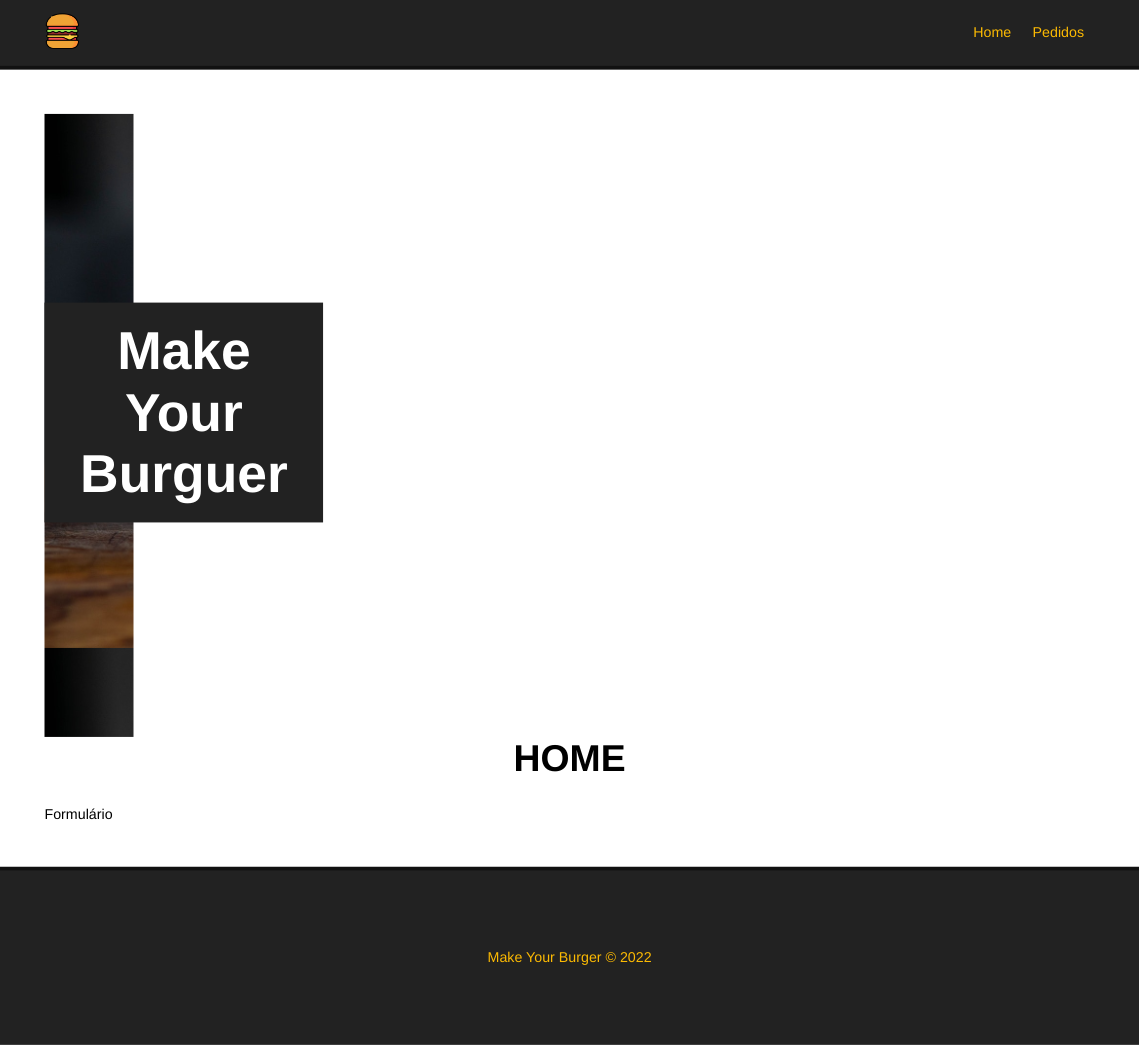
Repository: brunofa23/makeyourburguer
Page: /
These files come from the project's save history. The page is drawn as it stood at one moment and after the next save; the edit follows.
The browser window is 1280 px wide. The pictures show the whole page, at 89% of full size.
The project was rebuilt for these pictures with package versions that can differ from the ones it lists, and the page was loaded fresh each time. Also part of the build but not shown: vue.config.js.

Above is the page before, as saved 2022-08-09 19:21:01.

### src/App.vue
<template>
  <Navbar :logo="logo_src" :alt="app_name"/>
  <router-view/>
  <Footer />
</template>

<script>
import Navbar from './components/Navbar.vue';
import Footer from './components/Footer.vue';

export default{
  components:{ Navbar, Footer },
  data(){
    return{
      logo_src:"/img/logo.png",
      app_name:"Make Your Burguer"
    }

  }
}

</script>

<style>
*{
  font-family: Helvetica, sans-serif;
  padding: 0;
  margin: 0;
  box-sizing: border-box;
}


.main-container{
  margin:50px;
  min-height: 250px;
}

h1{
  text-align: center;
  font-size: 42px;
  margin-bottom: 30px;
}
</style>

### src/router/index.js
import { createRouter, createWebHistory } from 'vue-router'
import HomeView from '../views/HomeView.vue'

const routes = [
  {
    path: '/',
    name: 'home',
    component: HomeView
  },
  {
    path: '/pedidos',
    name: 'Pedidos',
    // route level code-splitting
    // this generates a separate chunk (about.[hash].js) for this route
    // which is lazy-loaded when the route is visited.
    component: () => import(/* webpackChunkName: "about" */ '../views/PedidosView.vue')
  }
]

const router = createRouter({
  history: createWebHistory(process.env.BASE_URL),
  routes
})

export default router

### src/components/Navbar.vue
<template>
  <div id="nav">
    <router-link to="/" id="logo-url">
        <img :src="logo" :alt="alt" id="logo" >
    </router-link>
    <router-link to="/">Home</router-link>
    <router-link to="/pedidos">Pedidos</router-link>
  </div>
</template>

<script>
export default {
    name:"Navbar",
    props:["logo", "alt"]
}
</script>




<style scoped>
#nav{
  background-color:#222 ;
  border-bottom: 4px solid #111;
  padding: 15px 50px;
  display: flex;
  justify-content: flex-end;
  align-items: center;


}

#nav #logo-url{
  margin: auto;
  margin-left: 0;


}

#logo{
  width: 40px;
  height: 40px;
}

#nav a{
  color: #FCBA03;
  text-decoration: none;
  margin: 12px;
  transition: .5s;

}
#nav a:hover{
  color:#FFF;
}

</style>

### src/components/Footer.vue
<template>
    <footer id="footer">
        <p>Make Your Burger &copy; 2022</p>

    </footer>
</template>


<script>
export default{
    name: "Footer"
}

</script>

<style scoped>
#footer{
    height: 200px;
    background-color: #222;
    border-top: 4px solid #111;
    color: #fcba03;
    display: flex;
    align-items: center;
    justify-content: center;
    width: 100%;
}
</style>

### src/views/HomeView.vue
<template>
  <div class="main-container">
    <Banner />
   <h1>HOME</h1>
   <p>Formulário</p>
  </div>
</template>

<script>
import Banner from "@/components/Banner.vue";

export default{
  name: "Home",
  components:{
    Banner
  }
}

</script>

### src/components/Banner.vue
<template>
  <div id="main-banner">
    <h1>Make Your Burguer</h1>
  </div>
</template>

<script>
export default {
  name: 'Banner',
}
</script>

<style scoped>
#main-banner{
    background-image: url('/public/img/burger.jpg');
    background-position: 0 -100px;
    background-size: cover;
    height: 700px;
    width: 100px;
    display: flex;
    align-items: center;
    justify-content: flex-start;

}

#main-banner h1{
    color: #FFF;
    text-align: center;
    font-size: 60px;
    background-color: #222;
    padding: 20px 40px;

}


</style>
>

Loaded but not shown: public/index.html (common file); src/main.js (common file)

After the next save:
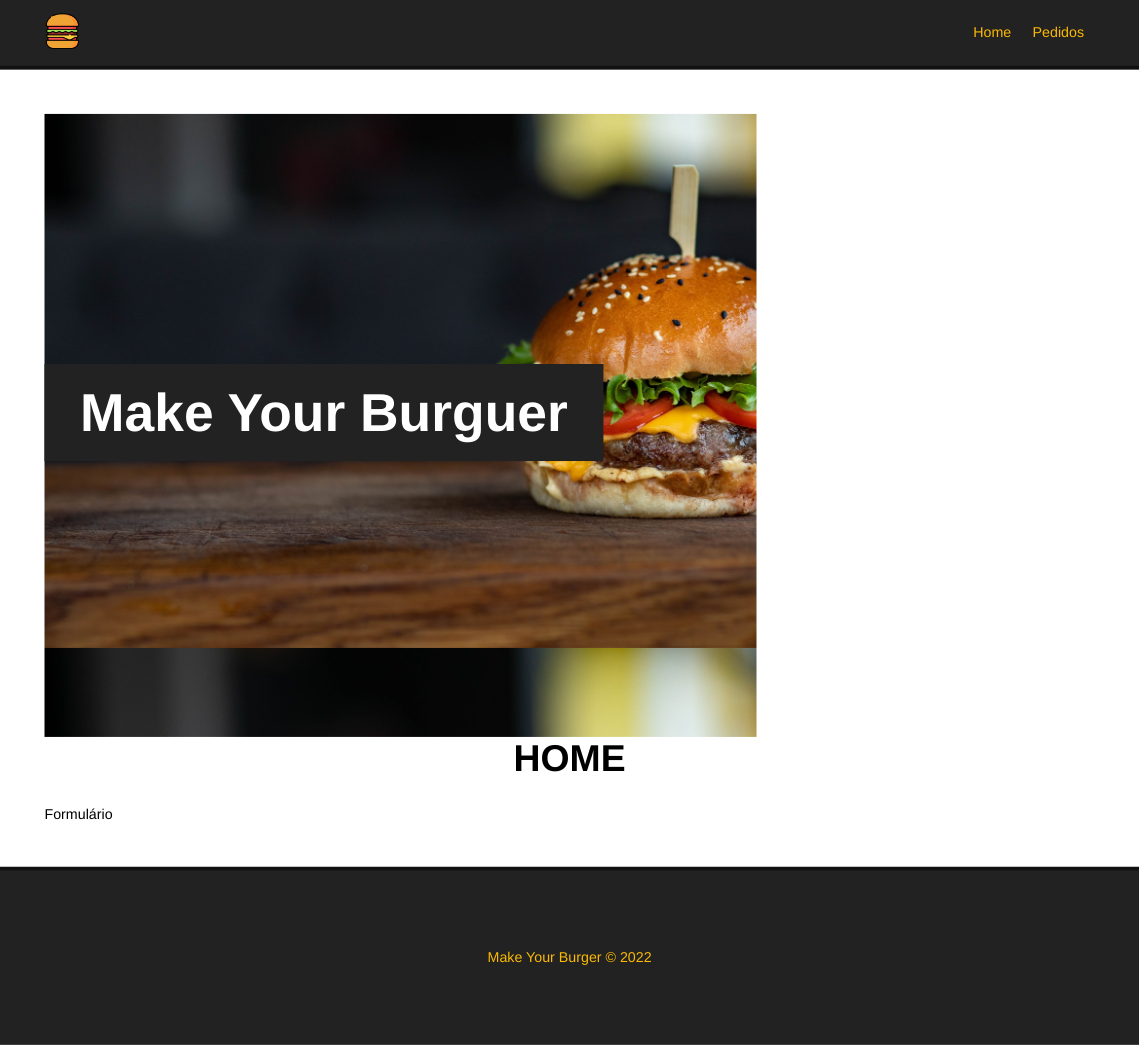
Saved 5 s later.
--- a/src/components/Banner.vue
+++ b/src/components/Banner.vue
@@ -16,7 +16,7 @@ export default {
     background-position: 0 -100px;
     background-size: cover;
     height: 700px;
-    width: 100px;
+    width: 800px;
     display: flex;
     align-items: center;
     justify-content: flex-start;
